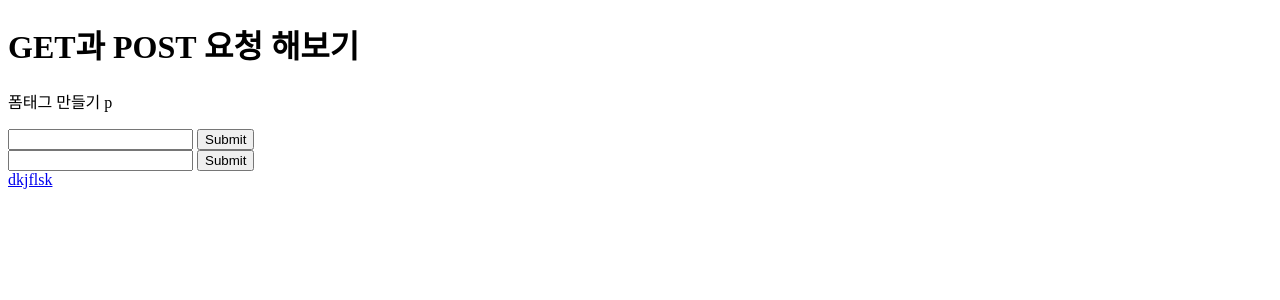
Repository: SanctusAlbino/Jsp_Servlet
Page: 01.HelloJspServlet/src/main/webapp/getpost.html
The author's editor kept a copy of each file at every save. The page is drawn from the files as they stood at one save, then again after the next save.
The browser window is 1280 px wide. The pictures show the whole page.

Above is the page before, as saved 2023-05-18 02:23:17.

After the next save:
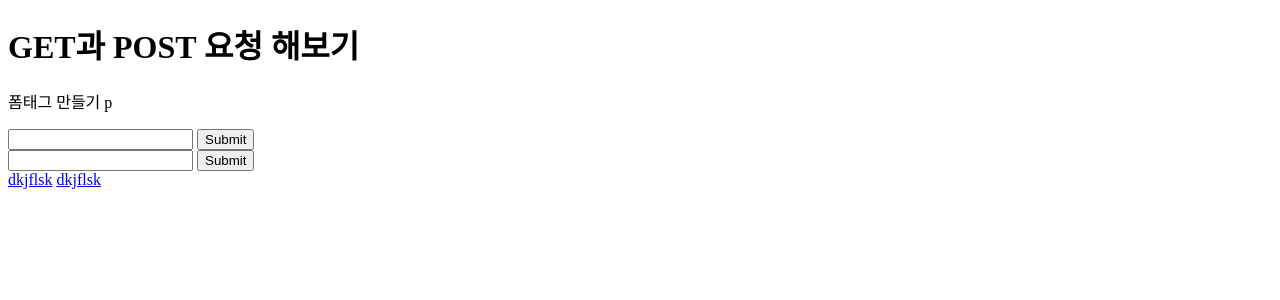
Saved 32 s later.
--- a/01.HelloJspServlet/src/main/webapp/getpost.html
+++ b/01.HelloJspServlet/src/main/webapp/getpost.html
@@ -18,6 +18,7 @@
 
 	<!-- a태그로 Ex03_GetPost요청해보기 -->
 	<a href="Ex03_GetPost">dkjflsk</a>
+	<a href="www.naver.com">dkjflsk</a>
 
 
 </body>
